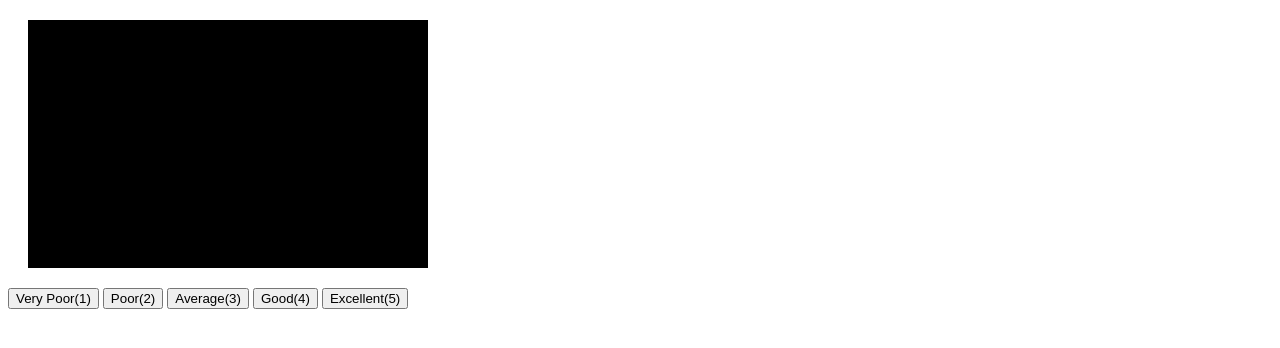
Repository: isaurabhkr/Spring-JavaCourse-101
Page: Spring/WP/GoodsteamProject/WebContent/input.html
The author's editor kept a copy of each file at every save. The page is drawn from the files as they stood at one save, then again after the next save.
The browser window is 1280 px wide. The pictures show the whole page.

Above is the page before, as saved 2019-08-06 07:38:24.

### Spring/WP/GoodsteamProject/WebContent/input.html
<!DOCTYPE html>
<html>
<head>
<style>
div {
  background-color: black;
  width: 300px;
  border: 10px grey;
  padding: 50px;
  margin: 20px;
}
</style>
<meta charset="ISO-8859-1">
<title>Please Register Feedback</title>
</head>
<body>
<div>
<h2 align ="center"> Register your customer feedback about out Pressure Cooker by clicking on one of the below:</h2>
</div>
<form action="handlein" method="post">
<input type=submit name = "in1" value="Very Poor(1)">
<input type=submit name ="in1" value="Poor(2)">
<input type=submit name ="in1" value="Average(3)">
<input type=submit name="in1" value="Good(4)">
<input type=submit name ="in1" value="Excellent(5)">
</form>
</body>
</html>

After the next save:
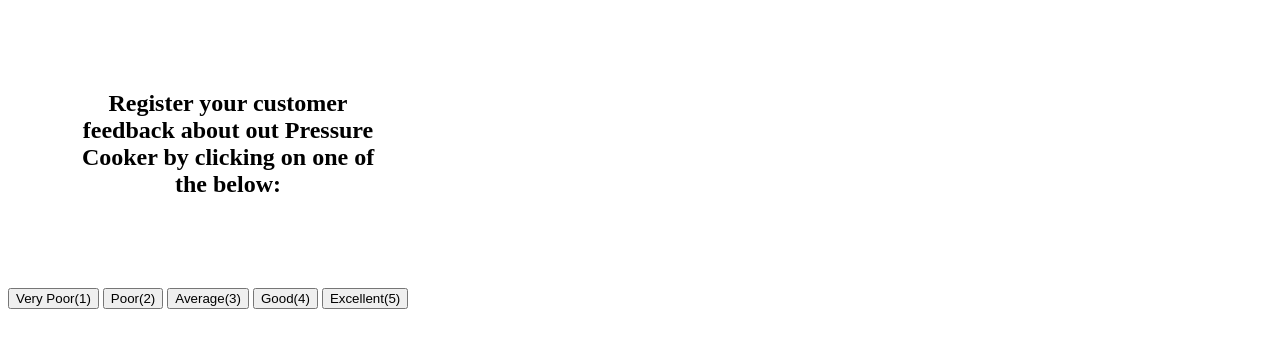
Saved 36 s later.
--- a/Spring/WP/GoodsteamProject/WebContent/input.html
+++ b/Spring/WP/GoodsteamProject/WebContent/input.html
@@ -3,7 +3,6 @@
 <head>
 <style>
 div {
-  background-color: black;
   width: 300px;
   border: 10px grey;
   padding: 50px;
